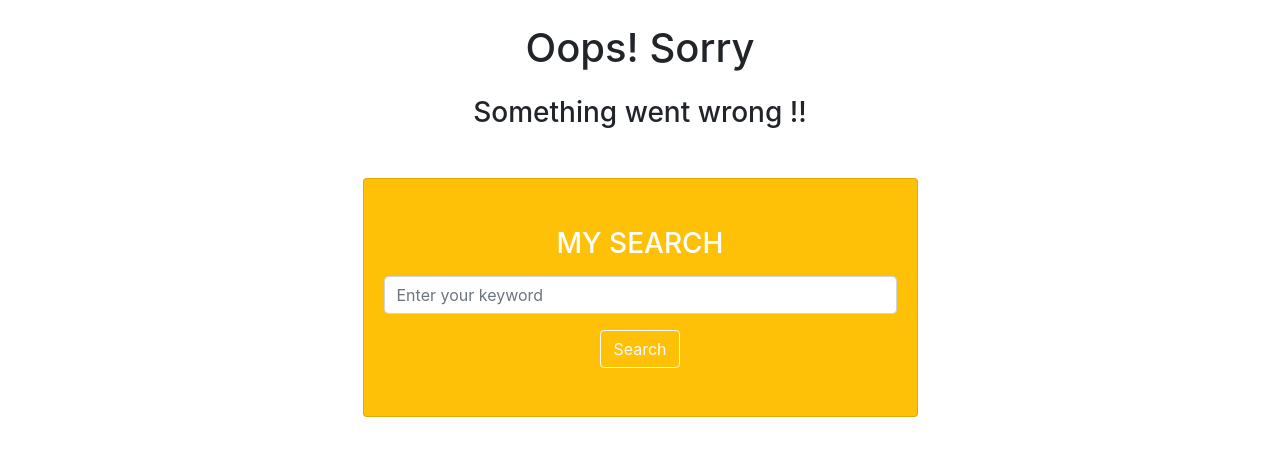
Repository: GovindParve/spring_mvc_maven_search_project
Page: http://localhost/springmvcsearch/home
The author's editor kept a copy of each file at every save. The page is drawn from the files as they stood at one save, then again after the next save.
The browser window is 1280 px wide. The pictures show the whole page.
Some web libraries are served in a nearby version. The page is served by Tomcat 9. Other server files are loaded and not shown.

Above is the page before, as saved 2023-06-18 17:53:22.

### springmvcsearch/src/main/webapp/WEB-INF/spring-servlet.xml
<?xml version="1.0" encoding="UTF-8"?>

<!-- Configuration file -->

<beans xmlns="http://www.springframework.org/schema/beans"
	xmlns:xsi="http://www.w3.org/2001/XMLSchema-instance"
	xmlns:context="http://www.springframework.org/schema/context"
	xmlns:p="http://www.springframework.org/schema/p"
	xmlns:tx="http://www.springframework.org/schema/tx"
	xmlns:mvc="http://www.springframework.org/schema/mvc"
    xsi:schemaLocation="
        http://www.springframework.org/schema/beans
        http://www.springframework.org/schema/beans/spring-beans.xsd
        http://www.springframework.org/schema/context
        http://www.springframework.org/schema/context/spring-context.xsd
        http://www.springframework.org/schema/tx
        http://www.springframework.org/schema/tx/spring-tx.xsd
        http://www.springframework.org/schema/mvc
        http://www.springframework.org/schema/mvc/spring-mvc.xsd
        ">


	<context:component-scan base-package="springmvcsearch" />

	<mvc:annotation-driven />

	<mvc:resources location="/WEB-INF/resources/" mapping="/resources/**" />


	<bean
		 class="org.springframework.web.servlet.view.InternalResourceViewResolver"
		 name="viewResolver">
		<property name="prefix" value="/WEB-INF/views/" />
		<property name="suffix" value=".jsp" />
	</bean>

	<!-- Configuring  Multipart Resolver -->
	<bean
		 class="org.springframework.web.multipart.commons.CommonsMultipartResolver"
		 name="multipartResolver">
		 <property name="maxUploadSize" value="2097152"></property>
	</bean>



</beans>

### springmvcsearch/src/main/webapp/WEB-INF/views/null_page.jsp
<%@ taglib prefix="c" uri="http://java.sun.com/jsp/jstl/core" %>
<!doctype html>
<html lang="en">
<head>
    <!-- Required meta tags -->
    <meta charset="utf-8">
    <meta name="viewport" content="width=device-width, initial-scale=1, shrink-to-fit=no">

    <!-- Bootstrap CSS -->
    <link rel="stylesheet"
    	 href="https://cdn.jsdelivr.net/npm/bootstrap@4.0.0/dist/css/bootstrap.min.css"
    	 integrity="sha384-Gn5384xqQ1aoWXA+058RXPxPg6fy4IWvTNh0E263XmFcJlSAwiGgFAW/dAiS6JXm"
    	 crossorigin="anonymous">

	<title>Error !!</title>
<style type="text/css">
.error-template{
	padding: 40px 15px;
	text-align: center;
}
.error-action{
	margin-top: 15px;
	margin-bottom: 15px;
}
.error-action-btn{

}
</style>
</head>
<body>
<%--   	<img alt="my image" src="<c:url value="/resources/image/tiger1.jpg" />"> --%>
    <div class="container">
    	<h1 class="text-center m-4">Oops! Sorry</h1>
    	<h3 class="text-center m-4">Something went wrong !!</h3>
    	<div class="card mx-auto mt-5 bg-warning" style="width: 50%">
    		<div class="card-body py-5">

    			<h3 class="text-center text-white" style="text-transform: uppercase">My Search</h3>

    			<form action="search" class="mt-3">
    				<div class="form-group">
    					<input type="text" name="querybox" placeholder="Enter your keyword" class="form-control" >
    				</div>
    				<div class="container text-center">
    					<button class="btn btn-outline-light">Search</button>
    				</div>
    			</form>
    		</div>
    	</div>
    </div>

    <!-- Optional JavaScript -->
    <!-- jQuery first, then Popper.js, then Bootstrap JS -->
    <script src="https://code.jquery.com/jquery-3.2.1.slim.min.js" integrity="sha384-KJ3o2DKtIkvYIK3UENzmM7KCkRr/rE9/Qpg6aAZGJwFDMVNA/GpGFF93hXpG5KkN" crossorigin="anonymous"></script>
    <script src="https://cdn.jsdelivr.net/npm/popper.js@1.12.9/dist/umd/popper.min.js" integrity="sha384-ApNbgh9B+Y1QKtv3Rn7W3mgPxhU9K/ScQsAP7hUibX39j7fakFPskvXusvfa0b4Q" crossorigin="anonymous"></script>
    <script src="https://cdn.jsdelivr.net/npm/bootstrap@4.0.0/dist/js/bootstrap.min.js" integrity="sha384-JZR6Spejh4U02d8jOt6vLEHfe/JQGiRRSQQxSfFWpi1MquVdAyjUar5+76PVCmYl" crossorigin="anonymous"></script>
</body>
</html>

### springmvcsearch/src/main/java/springmvcsearch/FileUploadController.java
package springmvcsearch;

import java.io.File;
import java.io.FileNotFoundException;
import java.io.FileOutputStream;
import java.io.IOException;

import javax.servlet.http.HttpSession;

import org.springframework.stereotype.Controller;
import org.springframework.ui.Model;
import org.springframework.web.bind.annotation.RequestMapping;
import org.springframework.web.bind.annotation.RequestMethod;
import org.springframework.web.bind.annotation.RequestParam;
import org.springframework.web.multipart.commons.CommonsMultipartFile;


@Controller
public class FileUploadController {


	@RequestMapping("/fileform")
	public String showUploadForm()
	{
		return "fileform";
	}

	@RequestMapping(value = "/uploadimage", method = RequestMethod.POST)
	public String fileupload(@RequestParam("profile") CommonsMultipartFile file, HttpSession session, Model model)
	{
		System.out.println("file upload handler");
		System.out.println(file.getSize());
		System.out.println(file.getContentType());
		System.out.println(file.getOriginalFilename());
		System.out.println(file.getStorageDescription());

		byte[] data = file.getBytes();
		//we have to save this file to server...

		//String path = session.getServletContext().getRealPath("/") + file.getOriginalFilename();
		String path = session.getServletContext().getRealPath("/") + "WEB-INF" + File.separator + "resources" + File.separator
						+ "image" + File.separator + file.getOriginalFilename();
		System.out.println(path);

		try {
			FileOutputStream fileOutputStream = new FileOutputStream(path);
			fileOutputStream.write(data);
			fileOutputStream.close();
			System.out.println("file uploaded");
			model.addAttribute("msg", "uploaded successfully");
			model.addAttribute("filename", file.getOriginalFilename());

		} catch (FileNotFoundException e) {
			System.out.println("file not found");
			model.addAttribute("msg", "uploading error file not found ...!!");
			e.printStackTrace();
		} catch (IOException e) {
			System.out.println("Uploading error");
			model.addAttribute("msg", "uploading error ...!!");
			e.printStackTrace();
		}

		return "filesuccess";
	}

}

### springmvcsearch/src/main/java/springmvcsearch/FormControler.java
package springmvcsearch;

import org.springframework.stereotype.Controller;
import org.springframework.ui.Model;
import org.springframework.validation.BindingResult;
import org.springframework.web.bind.annotation.ModelAttribute;
import org.springframework.web.bind.annotation.RequestMapping;
import org.springframework.web.bind.annotation.RequestMethod;
import org.springframework.web.bind.annotation.RequestParam;

@Controller
public class FormControler {

	@RequestMapping("/complex")
	public String showForm() {
		return "complex_form";
	}


	@RequestMapping(path="/handleform", method = RequestMethod.POST)
	public String formHandler(@ModelAttribute("student") Student student, BindingResult result) {

		if(result.hasErrors()) {
			return "complex_form";
		}

		System.out.println(student);
		return "success";
	}



}

### springmvcsearch/src/main/java/springmvcsearch/SearchController.java
package springmvcsearch;

import org.springframework.stereotype.Controller;
import org.springframework.web.bind.annotation.ExceptionHandler;
import org.springframework.web.bind.annotation.PathVariable;
import org.springframework.web.bind.annotation.RequestMapping;
import org.springframework.web.bind.annotation.RequestParam;
import org.springframework.web.servlet.view.RedirectView;

@Controller
public class SearchController {

	@RequestMapping("/user/{userId}/{userName}")
	public String getUserDetails(@PathVariable("userId") int userId, @PathVariable("userName") String userName)
	{
		System.out.println(userId);
		System.out.println(userName);
		return "home";
	}

	@RequestMapping("/home")
	public String home()
	{
		System.out.println("going to home view...");
		//proccess area...
		String str = null;
		System.out.println(str.length());
		return "home";
	}


	@RequestMapping("/search")
	public RedirectView search(@RequestParam("querybox") String query) {

		RedirectView redirectView = new RedirectView();

		if(query.isEmpty()) {
			System.out.println("Query is empty");
			redirectView.setUrl("home");
			return redirectView;
		}

		String url = "https://www.google.com/search?q="+query;

		redirectView.setUrl(url);

		return redirectView;
	}


	//Handling exception in our spring mvc
	@ExceptionHandler({NullPointerException.class, NumberFormatException.class})
	public String exceptionHandlerNull() {
		return "null_page";
	}

}

### springmvcsearch/src/main/java/springmvcsearch/Student.java
package springmvcsearch;

import java.util.Date;
import java.util.List;

import org.springframework.format.annotation.DateTimeFormat;

public class Student {

	private String name;
	private Long id;
	@DateTimeFormat(pattern="dd/MM/yyy")
	private Date dob;
	private List<String> courses;
	private String gender;
	private String type;
	private Address address;
	public String getName() {
		return name;
	}
	public void setName(String name) {
		this.name = name;
	}
	public Long getId() {
		return id;
	}
	public void setId(Long id) {
		this.id = id;
	}
	public Date getDob() {
		return dob;
	}
	public void setDob(Date dob) {
		this.dob = dob;
	}
	public List<String> getCourses() {
		return courses;
	}
	public void setCourses(List<String> courses) {
		this.courses = courses;
	}
	public String getGender() {
		return gender;
	}
	public void setGender(String gender) {
		this.gender = gender;
	}
	public String getType() {
		return type;
	}
	public void setType(String type) {
		this.type = type;
	}
	public Address getAddress() {
		return address;
	}
	public void setAddress(Address address) {
		this.address = address;
	}
	@Override
	public String toString() {
		return "Student [name=" + name + ", id=" + id + ", dob=" + dob + ", courses=" + courses + ", gender=" + gender
				+ ", type=" + type + ", address=" + address + "]";
	}

}

After the next save:
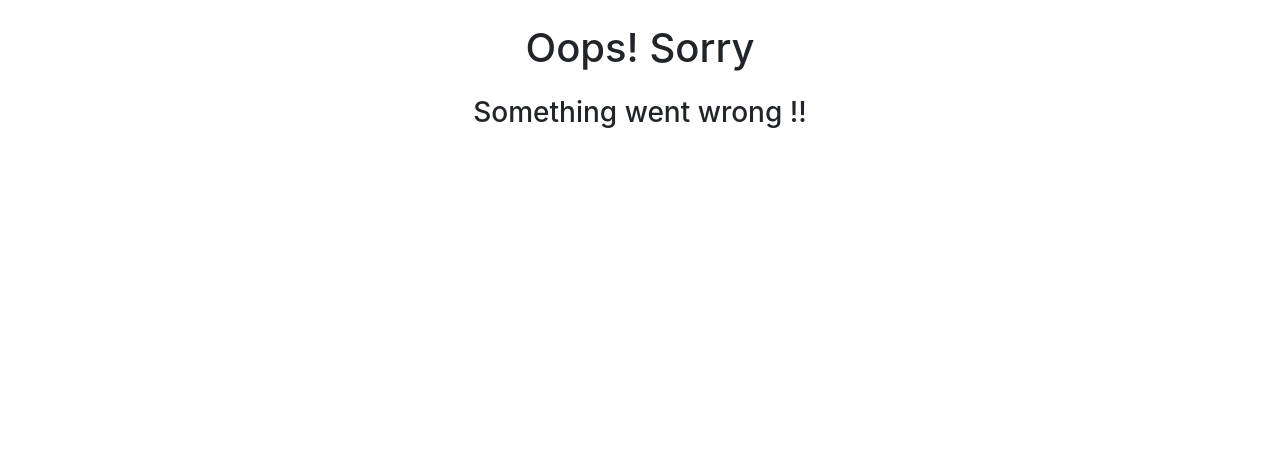
Saved 41 s later.
--- a/springmvcsearch/src/main/webapp/WEB-INF/views/null_page.jsp
+++ b/springmvcsearch/src/main/webapp/WEB-INF/views/null_page.jsp
@@ -32,7 +32,7 @@
     <div class="container">
     	<h1 class="text-center m-4">Oops! Sorry</h1>
     	<h3 class="text-center m-4">Something went wrong !!</h3>
-    	<div class="card mx-auto mt-5 bg-warning" style="width: 50%">
+    	<!-- <div class="card mx-auto mt-5 bg-warning" style="width: 50%">
     		<div class="card-body py-5">
 
     			<h3 class="text-center text-white" style="text-transform: uppercase">My Search</h3>
@@ -46,7 +46,7 @@
     				</div>
     			</form>
     		</div>
-    	</div>
+    	</div> -->
     </div>
 
     <!-- Optional JavaScript -->
